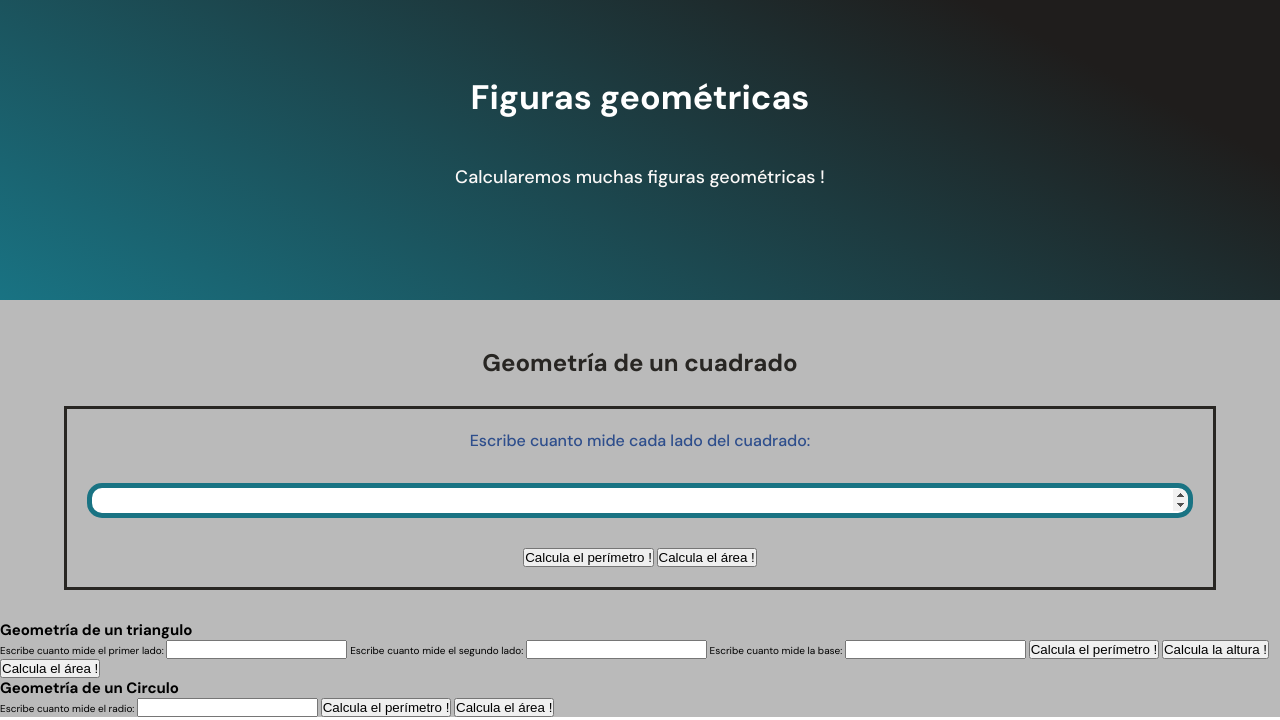
Repository: ChristianGecchelin/javascript-project
Page: javascript-project/figuras-geometricas/figuras.html
An editor plug-in stored every save of this project. The page is shown before and after the next save, followed by the edit.
The browser window is 1280 px wide. The pictures show the whole page.
The pointer rests on the first visible `.main-calculadora-form-contenedor .form--input`.

Above is the page before, as saved 2021-12-01 23:40:30.

### javascript-project/figuras-geometricas/figuras.html
<!DOCTYPE html>
<html lang="en">
  <head>
    <meta charset="UTF-8" />
    <meta http-equiv="X-UA-Compatible" content="IE=edge" />
    <meta name="viewport" content="width=device-width, initial-scale=1.0" />
    <title>Figuras geométricas | Proyecto 1</title>
    <link rel="preconnect" href="https://fonts.googleapis.com" />
    <link rel="preconnect" href="https://fonts.gstatic.com" crossorigin />
    <link
      href="https://fonts.googleapis.com/css2?family=DM+Sans:wght@400;500;700&family=Inter:wght@300;500&display=swap"
      rel="stylesheet"
    />
    <link rel="stylesheet" href="./style.css" />
  </head>
  <body>
    <header>
      <div class="header--title-container">
        <h1>Figuras geométricas</h1>
        <p>Calcularemos muchas figuras geométricas !</p>
      </div>
    </header>
    <main>
      <section class="main-calculadora-contenedor">
        <h2 class="main-calculadora-contenedor--title">
          Geometría de un cuadrado
        </h2>
        <div class="main-calculadora-form-contenedor">
          <form action="">
            <label class="form--label-input" for=""
              >Escribe cuanto mide cada lado del cuadrado:</label
            >
            <input class="form--input" type="number" id="inputCuadrado" />
            <button type="button" onclick="calcularPerimetroCuadrado()">
              Calcula el perímetro !
            </button>
            <button type="button" onclick="calcularAreaCuadrado()">
              Calcula el área !
            </button>
            <!-- type button, para quitarle el submit por defecto y que no me redireccione a ningun lado -->
          </form>
        </div>
      </section>
      <section>
        <h2>Geometría de un triangulo</h2>
        <form action="">
          <label for="">Escribe cuanto mide el primer lado:</label>
          <input type="number" id="inputLado1" />
          <label for="">Escribe cuanto mide el segundo lado:</label>
          <input type="number" id="inputLado2" />
          <label for="">Escribe cuanto mide la base:</label>
          <input type="number" id="inputBase" />
          <button type="button" onclick="calcularPerimetroTriangulo()">
            Calcula el perímetro !
          </button>
          <button type="button" onclick="calcularAlturaTriangulo()">
            Calcula la altura !
          </button>
          <button type="button" onclick="calcularAreaTriangulo()">
            Calcula el área !
          </button>
          <!-- type button, para quitarle el submit por defecto y que no me redireccione a ningun lado -->
        </form>
      </section>
      <section>
        <h2>Geometría de un Circulo</h2>
        <form action="">
          <label for="">Escribe cuanto mide el radio:</label>
          <input type="number" id="inputRadio" />
          <button type="button" onclick="calcularPerimetroCirculo()">
            Calcula el perímetro !
          </button>
          <button type="button" onclick="calcularAreaCirculo()">
            Calcula el área !
          </button>
          <!-- type button, para quitarle el submit por defecto y que no me redireccione a ningun lado -->
        </form>
      </section>
    </main>
    <script src="./figurasConFunciones.js"></script>
  </body>
</html>

### javascript-project/figuras-geometricas/style.css
:root {
  --Dark-lightblue: #197383;
  --soft-orange: #ffe9d5;
  --secondary-blue: #1a9af7;
  --soft-blue: #e7f5ff;
  --warm-black: #201e1c;
  --black: #282623;
  --grey: #bababa;
  --off-white: #faf8f7;
  --just-white: #fff;
}
* {
  box-sizing: border-box;
  margin: 0;
  padding: 0;
}
html {
  font-size: 62.5%;
  font-family: "DM Sans", sans-serif;
}
header {
  position: relative;
  display: flex;
  flex-direction: column;
  justify-content: center;
  width: 100%;
  min-width: 320px;
  height: 300px;
  text-align: center;
  background: linear-gradient(207.8deg, #1f1d1c 16.69%, #197383 100%);
}
header .header--title-container {
  width: 90%;
  min-width: 288px;
  max-width: 900px;
  height: 200px;
  text-align: center;
  align-self: center;
}
header .header--title-container h1 {
  margin-top: 30px;
  margin-bottom: 50px;
  font-size: 3.4rem;
  font-weight: 700;
  line-height: 3.6rem;
  color: var(--just-white);
}
header .header--title-container p {
  font-size: 1.8rem;
  font-weight: 500;
  line-height: 2.2rem;
  color: var(--off-white);
}
main {
  width: 100%;
  height: auto;
  background-color: var(--grey);
  min-width: 320px;
}
.main-calculadora-contenedor {
  width: 90%;
  min-width: 280px;
  height: auto;
  margin: 0 auto;
  padding-top: 50px;
  padding-bottom: 30px;
  text-align: center;
}
.main-calculadora-contenedor--title {
  margin-bottom: 30px;
  font-size: 2.4rem;
  font-weight: 700;
  line-height: 2.6rem;
  color: var(--black);
}
.main-calculadora-form-contenedor {
  display: flex;
  flex-direction: column;
  justify-content: center;
  height: auto;
  border: 3px solid var(--black);
  padding: 20px 20px;
}
.main-calculadora-form-contenedor .form--label-input {
  display: block;
  font-size: 1.6rem;
  font-weight: 500;
  line-height: 2.4rem;
  color: rgba(34, 68, 136, 0.92);
}
.main-calculadora-form-contenedor .form--input {
  display: block;
  width: 80%;
  height: 35px;
  margin: 30px auto;
  border: none;
  border-radius: 15px;
  text-align: center;
  font-size: 2rem;
  font-weight: 500;
}
.main-calculadora-form-contenedor .form--input:hover {
  border: 5px solid var(--Dark-lightblue);
  width: 100%;
  border-radius: 15px;
}

### javascript-project/figuras-geometricas/figurasConFunciones.js
/* Codigo del cuadrado */
console.group("Cuadrado");
function perimetroCuadrado(lado) {
  return lado * 4;
}
/* console.log(`Perimetro del cuadrado es: ${perimetroCuadrado} cm.`); */
function areaCuadrado(lado) {
  return (
    lado ** 2
  ); /* debe estar escrito de igual manera el parametro que el return */
}

/* console.log(`El area del cuadrado es: ${areaCuadrado} cm^2.`); */
console.groupEnd();

/* Codigo del triangulo */
console.group("Triangulo");

function perimetroTriangulo(lado1, lado2, base) {
  return lado1 + lado2 + base;
}
function calcularAltura(lado1, lado2, lado3) {
  let ladosIguales;
  let ladoBase;
  let altura;

  if (
    lado1 + lado2 <= lado3 ||
    lado1 + lado3 <= lado2 ||
    lado2 + lado3 <= lado1
  ) {
    alert(
      "En un triangulo la base no puede ser mayor a la suma de sus catetos"
    );
  } else {
    switch (true) {
      case lado1 === lado2:
        ladosIguales = lado1;
        ladoBase = lado3;
        break;
      case lado1 === lado3:
        ladosIguales = lado1;
        ladoBase = lado2;
        break;
      case lado3 === lado2:
        ladosIguales = lado2;
        ladoBase = lado1;
        break;
    }
    if (!ladosIguales) {
      alert("Tu triangulo no es isosceles, ingresa la altura");
    } else {
      altura = Math.sqrt(ladosIguales ** 2 - ladoBase ** 2 / 4);
    }
  }
  return ladosIguales, ladoBase, altura;
}
function areaTriangulo(ladoBase, altura) {
  return (
    (ladoBase * altura) / 2
  ); /* tengo que llamar a la funcion altura para pasarle el dato */
}
console.groupEnd();

//Codigo Circulo
console.group("Circulo");
function diametroCirculo(radio) {
  return radio * 2;
}
const pi = Math.PI;
function circunferencia(radio) {
  const diametro = diametroCirculo(radio);
  /* llamo a una funcion dentro de otra y creo una variable que tiene alcance local */
  return diametro * pi;
}
function superficieCirculo(radio) {
  return pi * radio ** 2;
}

console.groupEnd();
/* Creo una funcion, que a traves del id obtengo lo que el usuario ingreso en el input. y con eso le saco el value que le paso
a la funcion que cree antes y es la encargada de hacer el calculo para luego mostrarse en un aler */
function calcularPerimetroCuadrado() {
  const input = document.getElementById("inputCuadrado");
  const value = input.value;
  const perimetro = perimetroCuadrado(value);
  alert(perimetro);
}
function calcularAreaCuadrado() {
  const input = document.getElementById("inputCuadrado");
  const value = input.value;
  const area = areaCuadrado(value);
  alert(area);
}

function calcularPerimetroTriangulo() {
  const inputLado1 = document.getElementById("inputLado1");
  const valueLado1 = Number(inputLado1.value);
  const inputLado2 = document.getElementById("inputLado2");
  const valueLado2 = Number(inputLado2.value);
  const inputBase = document.getElementById("inputBase");
  const valueBase = Number(inputBase.value);
  /* Es importante ponerle number porque por mas que el input tenga type number, este lo transforma como un string */
  const perimetro = perimetroTriangulo(valueLado1, valueLado2, valueBase);
  alert(perimetro);
}

function calcularAlturaTriangulo() {
  const inputLado1 = document.getElementById("inputLado1");
  const valueLado1 = Number(inputLado1.value);
  const inputLado2 = document.getElementById("inputLado2");
  const valueLado2 = Number(inputLado2.value);
  const inputBase = document.getElementById("inputBase");
  const valueBase = Number(inputBase.value);
  const alturaTriangulo = calcularAltura(valueLado1, valueLado2, valueBase);
  alert(alturaTriangulo);
}

function calcularAreaTriangulo() {
  /* const inputAltura = document.getElementById("inputAltura");
  const valueAltura = Number(inputAltura.value);
  const inputBase = document.getElementById("inputBase");
  const valueBase = inputBase.value;
  const area = areaTriangulo(valueAltura, valueBase);
  alert(area); */
  const inputLado1 = document.getElementById("inputLado1");
  const valueLado1 = Number(inputLado1.value);
  const inputLado2 = document.getElementById("inputLado2");
  const valueLado2 = Number(inputLado2.value);
  const inputBase = document.getElementById("inputBase");
  const valueBase = Number(inputBase.value);
  const altura = calcularAltura(valueLado1, valueLado2, valueBase);
  const area = areaTriangulo(valueBase, altura);
  alert(area);
}

function calcularPerimetroCirculo() {
  const inputRadio = document.getElementById("inputRadio");
  const valueRadio = inputRadio.value;
  const perimetro = circunferencia(valueRadio);
  alert(perimetro);
}
function calcularAreaCirculo() {
  const inputRadio = document.getElementById("inputRadio");
  const valueRadio = inputRadio.value;
  const superficie = superficieCirculo(valueRadio);
  alert(superficie);
}

After the next save:
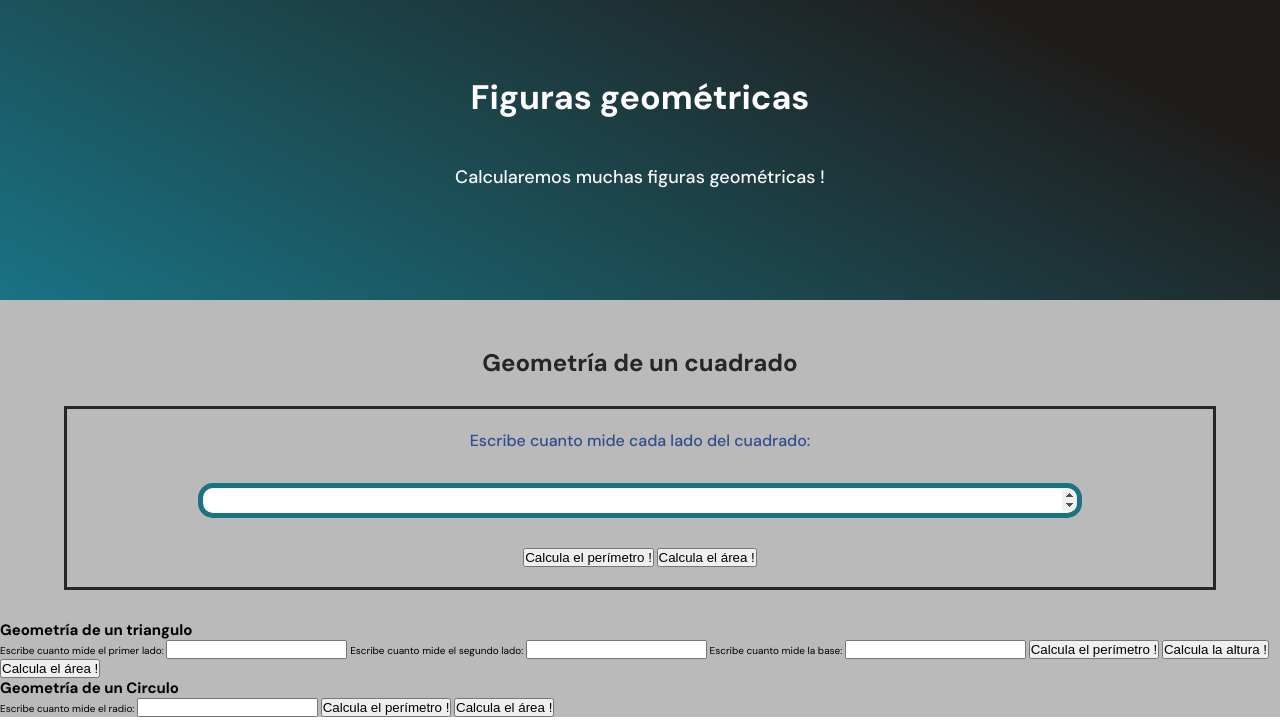
Saved 25 s later.
--- a/javascript-project/figuras-geometricas/style.css
+++ b/javascript-project/figuras-geometricas/style.css
@@ -101,6 +101,6 @@ main {
 }
 .main-calculadora-form-contenedor .form--input:hover {
   border: 5px solid var(--Dark-lightblue);
-  width: 100%;
+  width: 80%;
   border-radius: 15px;
 }
